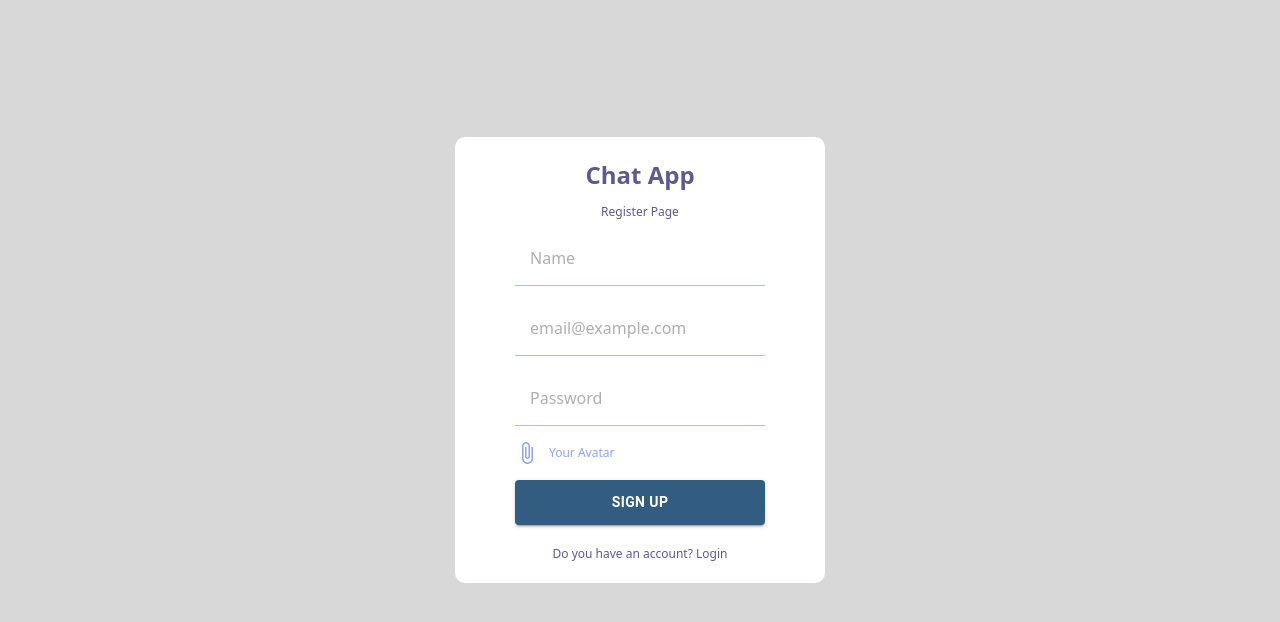
Repository: Nurlan-Bakenbaev/chat-app
Page: /register
The author's editor kept a copy of each file at every save. The page is drawn from the files as they stood at one save, then again after the next save.
The browser window is 1280 px wide. The pictures show the whole page.
The project was rebuilt for these pictures with package versions that can differ from the ones it lists, and the page was loaded fresh each time. Also part of the build but not shown: vite.config.js, src/components/Search.jsx, src/components/Chats.jsx, src/components/Navbar.jsx, src/components/SideBar.jsx, src/components/Message.jsx, src/components/Messages.jsx, src/components/Input.jsx and 2 more. Imported but missing from the stored project, and not drawn on this page: src/pages/Login.

Above is the page before, as saved 2023-08-23 19:49:00.

After the next save:
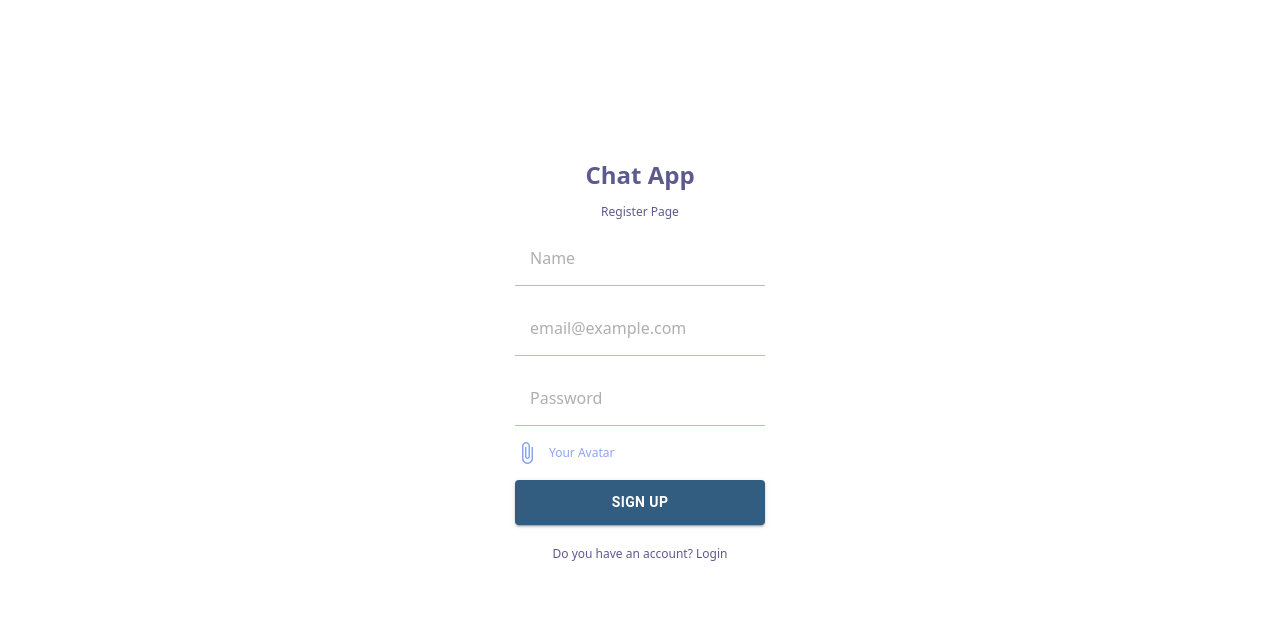
Saved 5 s later.
--- a/src/style.scss
+++ b/src/style.scss
@@ -15,7 +15,7 @@
 }
 
 .formContainer {
-  background-color: #d8d8d8;
+  background-color: #ffffff;
   height: 100vh;
   display: flex;
   align-items: center;
